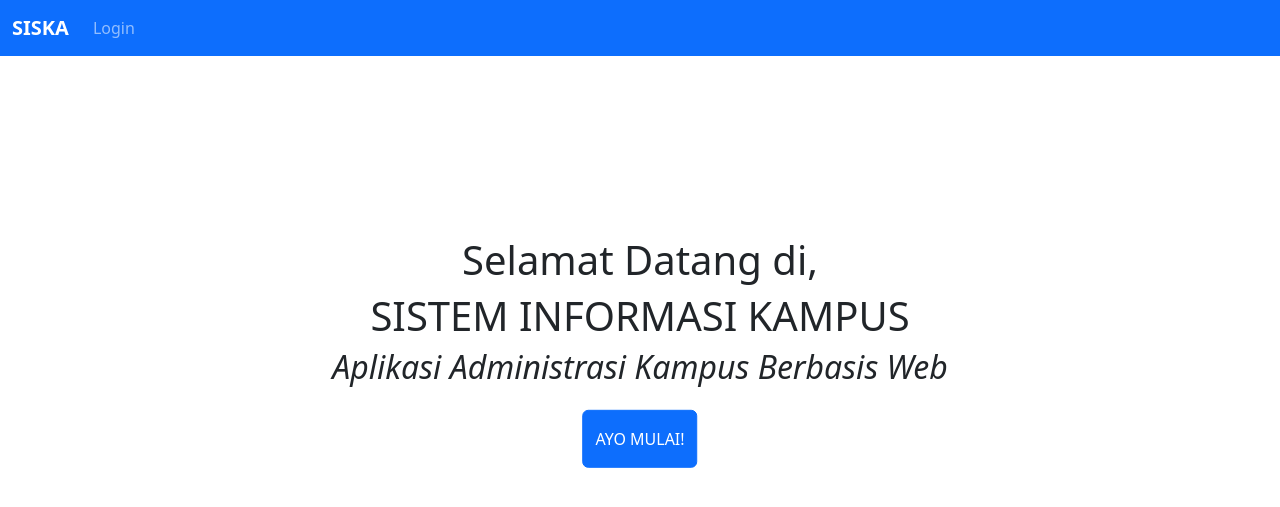
Repository: WiraAtma/administrasi-kampus
Page: http://localhost/
An editor plug-in stored every save of this project. The page is shown before and after a run of saves, followed by the edit.
The browser window is 1280 px wide. The pictures show the whole page.
The page is served by the project's Laravel application, run on PHP 8.4 with Laravel 12. Other server files are loaded and not shown.

Above is the page before, as saved 2024-10-25 15:31:24.

### routes/web.php
<?php

use App\Http\Controllers\AuthController;
use App\Http\Controllers\FakultasController;
use App\Http\Controllers\MahasiswaController;
use App\Http\Controllers\ProdiController;
use App\Http\Middleware\AdminAccess;
use App\Http\Middleware\DosenAccess;
use Illuminate\Support\Facades\Route;

Route::get('/', function() {
    return view('home');
});

Route::get('/login', [AuthController::class, 'login'])->name('login')->middleware('guest');
Route::post('/login', [AuthController::class, 'authenticing'])->middleware('guest');
Route::get('/logout', [AuthController::class, 'logout']);

Route::get('/mahasiswa', [MahasiswaController::class, 'index'])->middleware('auth');
Route::get('/mahasiswa-detail/{id}', [MahasiswaController::class, 'show'])->middleware('auth');
Route::get('/mahasiswa-create', [MahasiswaController::class, 'create'])->middleware([AdminAccess::class]);
Route::post('/filter-mahasiswa', [MahasiswaController::class, 'store'])->middleware([AdminAccess::class]);
Route::get('/mahasiswa-edit/{id}', [MahasiswaController::class, 'edit'])->middleware([DosenAccess::class]);
Route::put('/filter-mahasiswa/{id}', [MahasiswaController::class, 'update'])->middleware([DosenAccess::class]);
Route::get('/mahasiswa-delete/{id}', [MahasiswaController::class, 'delete'])->middleware([AdminAccess::class]);
Route::delete('/filter-delete-mahasiswa/{id}', [MahasiswaController::class, 'destroy'])->middleware([AdminAccess::class]);
Route::get('/mahasiswa-temporary', [MahasiswaController::class, 'mahasiswaDeleted'])->middleware([AdminAccess::class]);
Route::get('/filter-restore-mahasiswa/{id}', [MahasiswaController::class, 'restore'])->middleware([AdminAccess::class]);

Route::get('/prodi', [ProdiController::class, 'index'])->middleware('auth');
Route::get('/prodi-detail/{id}', [ProdiController::class, 'show'])->middleware('auth');
Route::get('/prodi-create', [ProdiController::class, 'create'])->middleware([AdminAccess::class]);
Route::post('/filter-prodi', [ProdiController::class, 'store'])->middleware([AdminAccess::class]);
Route::get('/prodi-edit/{id}', [ProdiController::class, 'edit'])->middleware([DosenAccess::class]);
Route::post('/filter-prodi/{id}', [ProdiController::class, 'update'])->middleware([DosenAccess::class]);
Route::get('/prodi-delete/{id}', [ProdiController::class, 'delete'])->middleware([AdminAccess::class]);
Route::delete('/filter-delete-prodi/{id}', [ProdiController::class, 'destroy'])->middleware(AdminAccess::class);
Route::get('/prodi-temporary', [ProdiController::class, 'prodiDeleted'])->middleware([AdminAccess::class]);
Route::get('/filter-restore-prodi/{id}', [ProdiController::class, 'restore'])->middleware([AdminAccess::class]);

Route::get('/fakultas', [FakultasController::class, 'index'])->middleware('auth');

### resources/views/home.blade.php
@extends('layouts.mainLayouts')

@section('title', 'Beranda')

@section('content')
<div class="container d-flex">
    <div class="wrapper position-absolute top-50 start-50 translate-middle text-center">
        <h1>Selamat Datang di, </h1>
        <h1>SISTEM INFORMASI KAMPUS</h1>
        <h2><i>Aplikasi Administrasi Kampus Berbasis Web</i></h2>
        <a class="btn btn-primary my-3 py-3" href="">AYO MULAI!</a>
    </div>

</div>

@endsection

### resources/views/layouts/mainLayouts.blade.php
<!DOCTYPE html>
<html lang="en">
<head>
    <meta charset="UTF-8">
    <meta name="viewport" content="width=device-width, initial-scale=1.0">
    <meta http-equiv="X-UA-Compatible" content="ie=edge">
    <title>SISKA | @yield('title')</title>
    <link href="https://cdn.jsdelivr.net/npm/bootstrap@5.3.3/dist/css/bootstrap.min.css" rel="stylesheet" integrity="sha384-QWTKZyjpPEjISv5WaRU9OFeRpok6YctnYmDr5pNlyT2bRjXh0JMhjY6hW+ALEwIH" crossorigin="anonymous">
</head>
<body>
    <nav class="navbar sticky-top bg-primary navbar-expand-lg" data-bs-theme="dark">
        <div class="container-fluid">
          <a class="navbar-brand" href="/" style="font-weight: bold">SISKA</a>
          <button class="navbar-toggler" type="button" data-bs-toggle="collapse" data-bs-target="#navbarTogglerDemo02" aria-controls="navbarTogglerDemo02" aria-expanded="false" aria-label="Toggle navigation">
            <span class="navbar-toggler-icon"></span>
          </button>
          <div class="collapse navbar-collapse" id="navbarTogglerDemo02">
            @if(auth()->check() && auth()->user()->name != '')
              <ul class="navbar-nav me-auto mb-2 mb-lg-0">
                <li class="nav-item">
                  <a class="nav-link {{ request()->is('/') ? 'active' : ''}}" href="/">Beranda</a>
                </li>
                <li class="nav-item">
                  <a class="nav-link {{ request()->is('mahasiswa') ? 'active' : ''}}" href="/mahasiswa">Mahasiswa</a>
                </li>
                <li class="nav-item">
                  <a class="nav-link {{ request()->is('prodi') ? 'active' : ''}}" href="/prodi">Program Studi</a>
                </li>
                <li class="nav-item">
                  <a class="nav-link {{ request()->is('fakultas') ? 'active' : ''}}" href="/fakultas">Fakultas Kampus</a>
                </li>
              </ul>
            @else
            @endif
            <ul class="navbar-nav">
              <li class="nav-item">
                @if(auth()->check() && auth()->user()->name != '')
                  <a href="/logout" class="nav-link">Logout</a>
                @else
                  <a href="/login" class="nav-link">Login</a>
                @endif
              </li>
            </ul>
          </div>
        </div>
    </nav>
    <div class="container mt-4">
        @yield('content')
    </div>
    <script src="https://cdn.jsdelivr.net/npm/bootstrap@5.3.3/dist/js/bootstrap.bundle.min.js" integrity="sha384-YvpcrYf0tY3lHB60NNkmXc5s9fDVZLESaAA55NDzOxhy9GkcIdslK1eN7N6jIeHz" crossorigin="anonymous"></script>
</body>
</html>

After the next 2 saves:
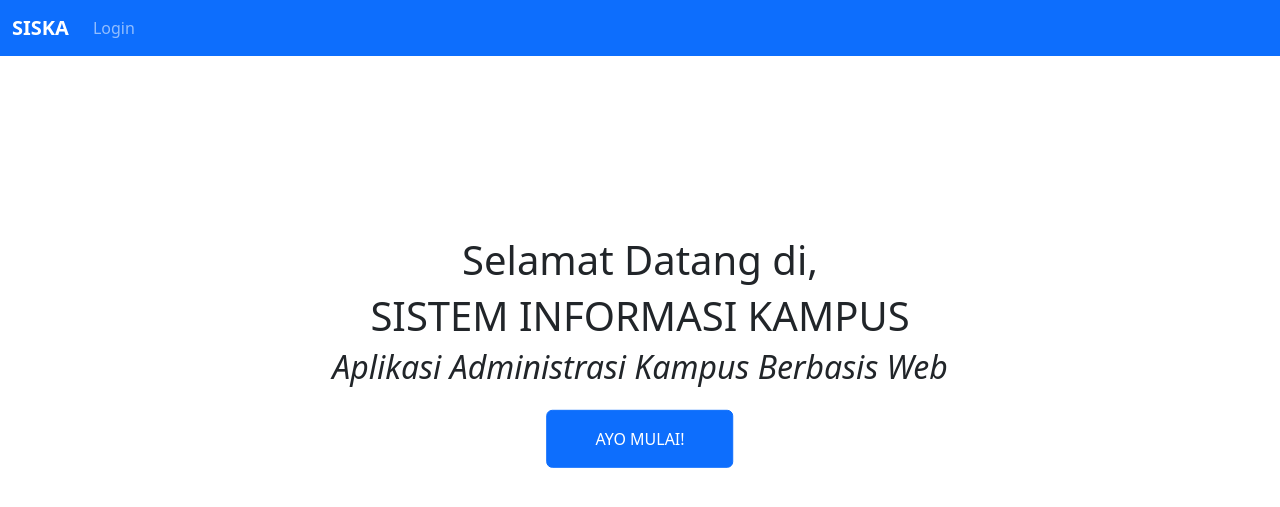
The 2 saves are shown as one change because they came seconds apart.
The last was saved 7 s later.
--- a/resources/views/home.blade.php
+++ b/resources/views/home.blade.php
@@ -8,7 +8,7 @@
         <h1>Selamat Datang di, </h1>
         <h1>SISTEM INFORMASI KAMPUS</h1>
         <h2><i>Aplikasi Administrasi Kampus Berbasis Web</i></h2>
-        <a class="btn btn-primary my-3 py-3" href="">AYO MULAI!</a>
+        <a class="btn btn-primary my-3 py-3 px-5" href="">AYO MULAI!</a>
     </div>
 
 </div>
